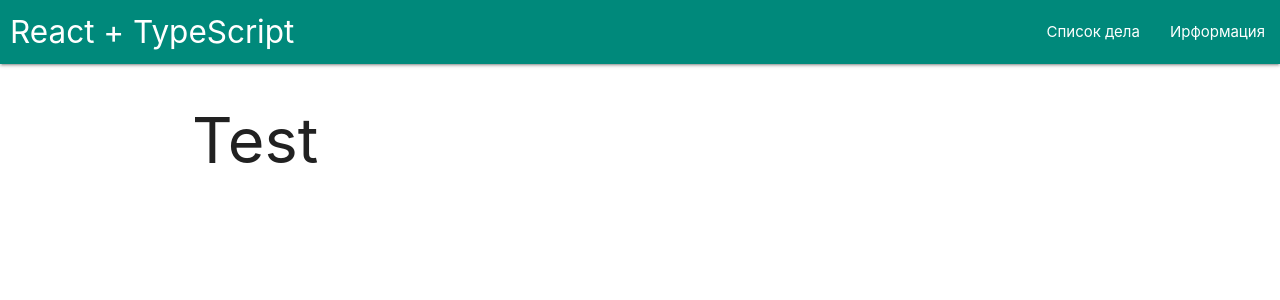
Repository: frostnn/TodoForm
Page: /About
An editor plug-in stored every save of this project. The page is shown before and after the next save, followed by the edit.
The browser window is 1280 px wide. The pictures show the whole page.
The project was rebuilt for these pictures with package versions that can differ from the ones it lists, and the page was loaded fresh each time.

Above is the page before, as saved 2020-05-27 11:21:49.

### src/index.css
body {
  margin: 0;
  font-family: -apple-system, BlinkMacSystemFont, 'Segoe UI', 'Roboto', 'Oxygen',
    'Ubuntu', 'Cantarell', 'Fira Sans', 'Droid Sans', 'Helvetica Neue',
    sans-serif;
  -webkit-font-smoothing: antialiased;
  -moz-osx-font-smoothing: grayscale;
}

code {
  font-family: source-code-pro, Menlo, Monaco, Consolas, 'Courier New',
    monospace;
}
.nav-wrapper {
  padding-left: 10px;
}

### src/App.tsx
import React from 'react';
import NavBar from './components/NavBar';


const App: React.FunctionComponent = () => {
  return (
    <>
      <NavBar/>
      <div className="container">
        <h1>Test</h1>
      </div>
    </>
  );
}

export default App;

### src/components/NavBar.tsx
import React from 'react';

const NavBar: React.FunctionComponent = () => {
  return (
    <nav>
      <div className="nav-wrapper teal darken-1">
        <a href="/" className="brand-logo">React + TypeScript</a>
        <ul className="right hide-on-med-and-down">
          <li>
            <a href="/">Список дела</a>
          </li>
          <li>
            <a href="/">Ирформация</a>
          </li>
        </ul>
      </div>
  </nav>
  );
}

export default NavBar;

### src/components/TodoForm.tsx
import React from 'react';



const TodoForm: React.FunctionComponent = () => {
  return (
    <>

      <div className="input-field">
        <input type="text" id="title"/>
        <label htmlFor="title" className="active">
          Введите название дела...
        </label>


      </div>
    </>
  );
}

export default TodoForm;

Loaded but not shown: public/index.html (common file); src/index.tsx (common file); src/serviceWorker.ts (common file)

After the next save:
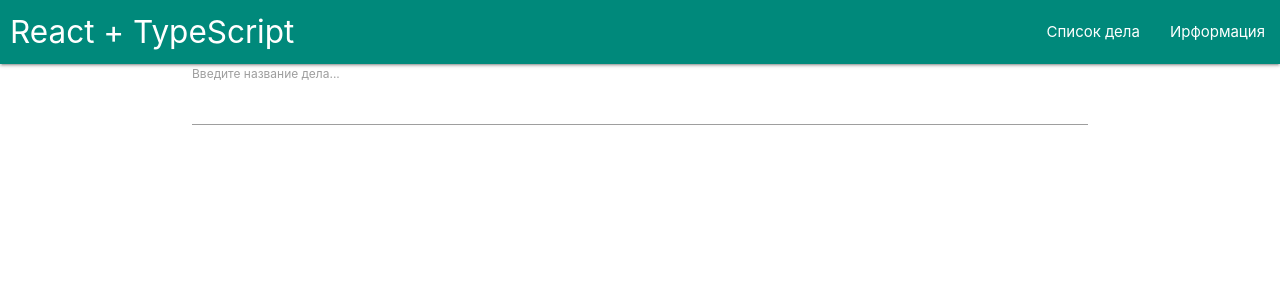
Saved 45 s later.
--- a/src/App.tsx
+++ b/src/App.tsx
@@ -1,5 +1,6 @@
 import React from 'react';
 import NavBar from './components/NavBar';
+import TodoForm from './components/TodoForm';
 
 
 const App: React.FunctionComponent = () => {
@@ -7,7 +8,9 @@ const App: React.FunctionComponent = () => {
     <>
       <NavBar/>
       <div className="container">
-        <h1>Test</h1>
+
+      <TodoForm/>
+
       </div>
     </>
   );
